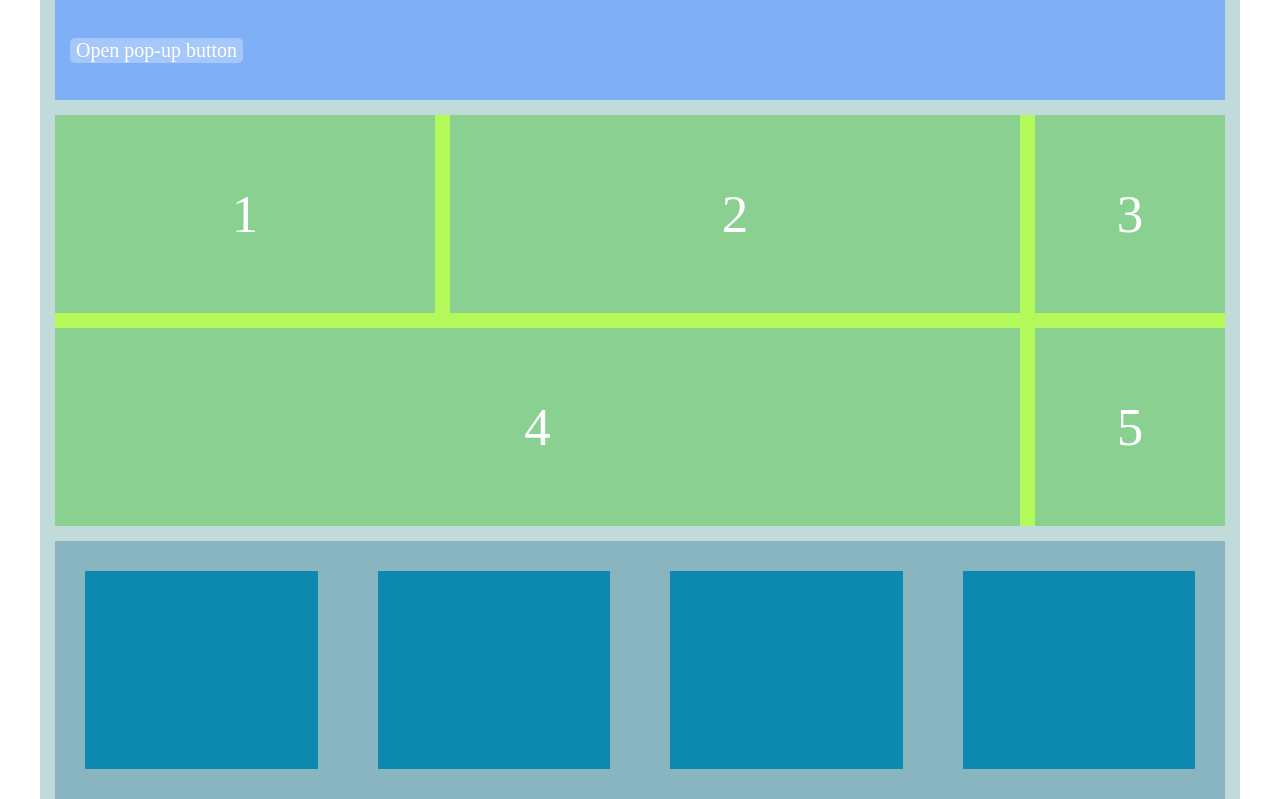
Repository: Evgenius190999999/nodasoft
Page: index.html
An editor plug-in stored every save of this project. The page is shown before and after the next save, followed by the edit.
The browser window is 1280 px wide. The pictures show the whole page.
Some web libraries are served in a nearby version. The style sheet was rebuilt from its Sass, Less or Tailwind sources for each picture, by a compiler version that may differ from the author's.

Above is the page before, as saved 2022-07-08 15:09:28.

### index.html
<!DOCTYPE html>
<html lang="en">

<head>
    <meta charset="UTF-8">
    <meta http-equiv="X-UA-Compatible" content="IE=edge">
    <meta name="viewport" content="width=device-width, initial-scale=1.0">
    <link rel="stylesheet" href="./style/normalize.css">
    <link rel="stylesheet" href="./style/reset.css">
    <link rel="stylesheet" href="./style/style.css">
    <script src="https://kit.fontawesome.com/33ab42410f.js" crossorigin="anonymous"></script>
    <title>Nodasoft</title>
</head>

<body>
    <div class="wrapper">
        <header class="header container">
            <button class="open__popup">Open pop-up button</button>
        </header>
        <div class="main__block container">
            <div class="div__1">1</div>
            <div class="div__2">2</div>
            <div class="div__3">3</div>
            <div class="div__4">4</div>
            <div class="div__5">5</div>
        </div>
        <div class="second__block container">
            <div class="div1"> </div>
            <div class="div2"> </div>
            <div class="div3"> </div>
            <div class="div4"> </div>
        </div>
    </div>

</body>

</html>

### style/sass/style.sass

*, *::after, *::before
    box-sizing: border-box

.wrapper
    max-width: 1200px
    margin: 0 auto
    background: #C0DBD9

.header
    display: flex
    align-items: center
    justify-content: flex-start
    padding: 0 15px
    background: #7FAFF7
    height: 100px

.container
    max-width: 1170px
    margin: 0 auto

.open__popup
    background: #A5C7F9
    border-radius: 5px
    border: none
    font-size: 20px
    line-height: 23px
    color: #FFFFFF
    cursor: pointer

.main__block
    display: grid
    grid-template-columns: 2fr 3fr 1fr
    grid-template-rows: repeat(2, 1fr)
    grid-column-gap: 15px
    grid-row-gap: 15px
    background: #B3F95A
    font-size: 53px
    color: #FFFFFF
    margin: 15px auto
    div
        height: 198px
        background: #8AD191
        display: flex
        align-items: center
        justify-content: center

.div__1
    grid-area: 1 / 1 / 2 / 2
.div__2
    grid-area: 1 / 2 / 2 / 3
.div__3
    grid-area: 1 / 3 / 2 / 4
.div__4
    grid-area: 2 / 1 / 3 / 3
.div__5
    grid-area: 2 / 3 / 3 / 4

.second__block
    display: grid
    grid-template-columns: repeat(4, 1fr)
    grid-template-rows: 1fr
    grid-column-gap: 0px
    grid-row-gap: 0px
    background: #88B5BF
    div
        height: 198px
        background: #0D89B0
        margin: 30px

.div1
    grid-area: 1 / 1 / 2 / 2
.div2
    grid-area: 1 / 2 / 2 / 3
.div3
    grid-area: 1 / 3 / 2 / 4
.div4
    grid-area: 1 / 4 / 2 / 5

Loaded but not shown: style/normalize.css (library); style/reset.css (common file)

After the next save:
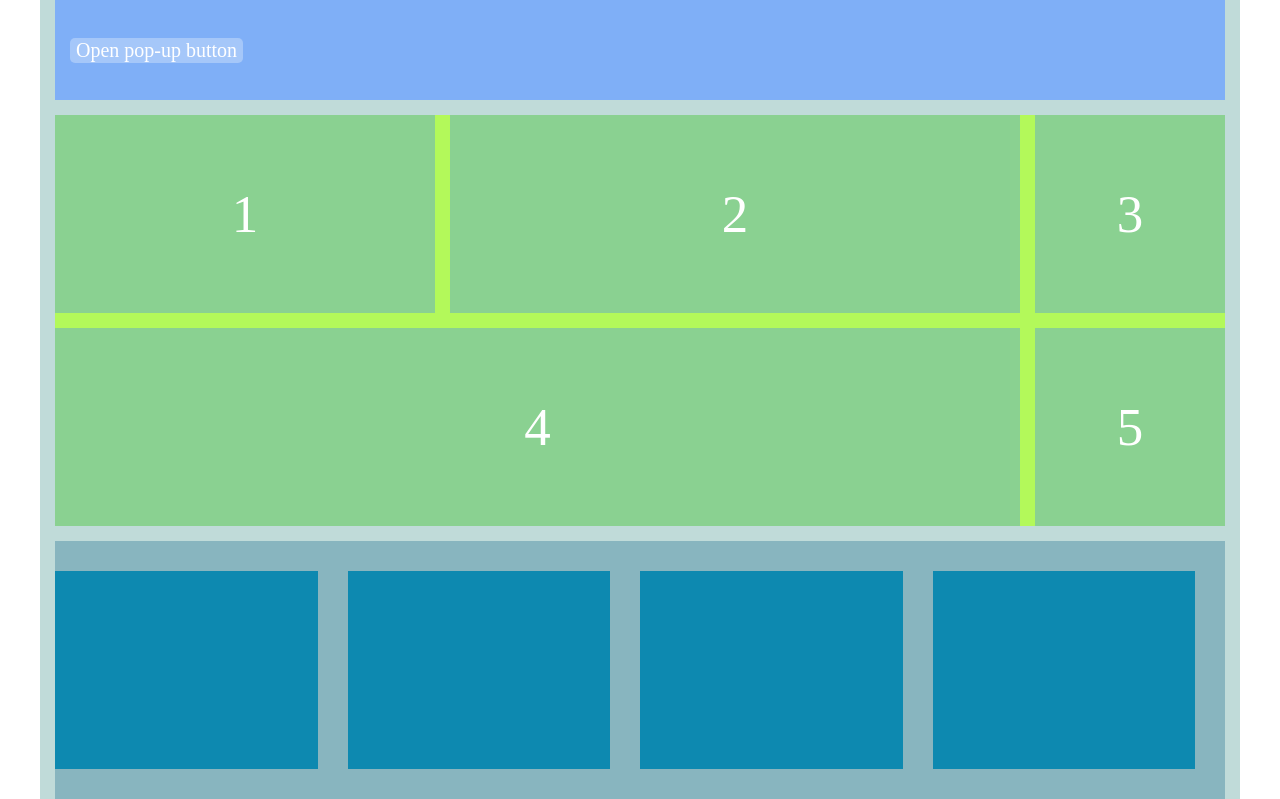
Saved 44 s later.
--- a/style/sass/style.sass
+++ b/style/sass/style.sass
@@ -66,7 +66,7 @@
     div
         height: 198px
         background: #0D89B0
-        margin: 30px
+        margin: 30px 30px 30px 0
 
 .div1
     grid-area: 1 / 1 / 2 / 2
